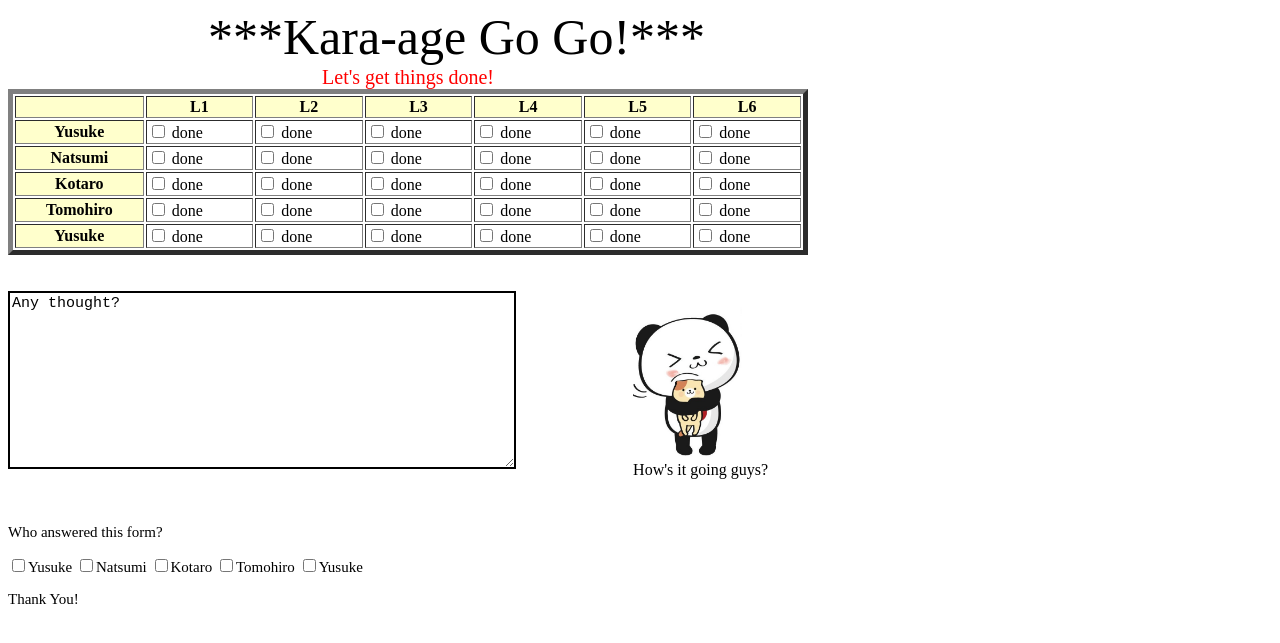
Repository: natsumi-hironaka/micropostsnatsu
Page: tutorials/practice1.html
The author's editor kept a record of every edit. The page is drawn from the files as they stood at one moment, then again after the next edit.
The browser window is 1280 px wide. The pictures show the whole page.

Above is the page before.

### tutorials/practice1.html
<!DOCTYPE html>
<html lang="ja">
    <header>
        ***Kara-age Go Go!***
    </header>
    <body>
    <table border="5">
        <caption>
            Let's get things done!
        </caption>
        <link rel="stylesheet" href="practice.css">
        <tr>
            <th>&nbsp</th>
            <th>L1</th>
            <th>L2</th>
            <th>L3</th>
            <th>L4</th>
            <th>L5</th>
            <th>L6</th>
        </tr>
        <tr>
            <th>Yusuke</th>
            <td><input type="checkbox" value"done"> done </td>
            <td><input type="checkbox" value"done"> done </td>
            <td><input type="checkbox" value"done"> done </td>
            <td><input type="checkbox" value"done"> done </td>
            <td><input type="checkbox" value"done"> done </td>
            <td><input type="checkbox" value"done"> done </td>
        </tr>
        <tr>
            <th>Natsumi</th>
            <td><input type="checkbox" value"done"> done </td>
            <td><input type="checkbox" value"done"> done </td>
            <td><input type="checkbox" value"done"> done </td>
            <td><input type="checkbox" value"done"> done </td>
            <td><input type="checkbox" value"done"> done </td>
            <td><input type="checkbox" value"done"> done </td>

        </tr>
        <tr>
            <th>Kotaro</th>
            <td><input type="checkbox" value"done"> done </td>
            <td><input type="checkbox" value"done"> done </td>
            <td><input type="checkbox" value"done"> done </td>
            <td><input type="checkbox" value"done"> done </td>
            <td><input type="checkbox" value"done"> done </td>
            <td><input type="checkbox" value"done"> done </td>
        </tr>
        <tr>
            <th>Tomohiro</th>
            <td><input type="checkbox" value"done"> done </td>
            <td><input type="checkbox" value"done"> done </td>
            <td><input type="checkbox" value"done"> done </td>
            <td><input type="checkbox" value"done"> done </td>
            <td><input type="checkbox" value"done"> done </td>
            <td><input type="checkbox" value"done"> done </td>
        </tr>
        <tr>
            <th>Yusuke</th>
            <td><input type="checkbox" value"done"> done </td>
            <td><input type="checkbox" value"done"> done </td>
            <td><input type="checkbox" value"done"> done </td>
            <td><input type="checkbox" value"done"> done </td>
            <td><input type="checkbox" value"done"> done </td>
            <td><input type="checkbox" value"done"> done </td>
        </tr>
    </table>
        <br>
        <br>
    <textarea rows="10" cols="60"　border-style:double;>Any thought?</textarea>
    <figure>
        <img src="rakuten karaage.jpg" width=110px height=150px>
        <figcaption>How's it going guys?</figcaption>
    </figure>
        <br>
        <br>
        <br>
    <p>
        Who answered this form?
    </p>
    <p>
        <input type="checkbox">Yusuke
        <input type="checkbox">Natsumi
        <input type="checkbox">Kotaro
        <input type="checkbox">Tomohiro
        <input type="checkbox">Yusuke
    </p>
    <p>
        Thank You!
    </p>
    </body>

### tutorials/practice.css
@charset "UTF-8";


caption {
    color: red;
    font-size: 20px;
}

th {
    background-color: #ffffcc;
}

textarea {
    border: 2px black double;
}

figure {
    float: right;
}

textarea {
    font-size: 15px;
}

p {
    font-size: 15px;
}

body {
    width: 800px;
}

table {
    width: 800px;
}

textarea {
    width: 500px;
}

header {
    font-size: 50px;
    width:500px;
    margin-right: auto;
    margin-left : 200px;
}

After the next edit:
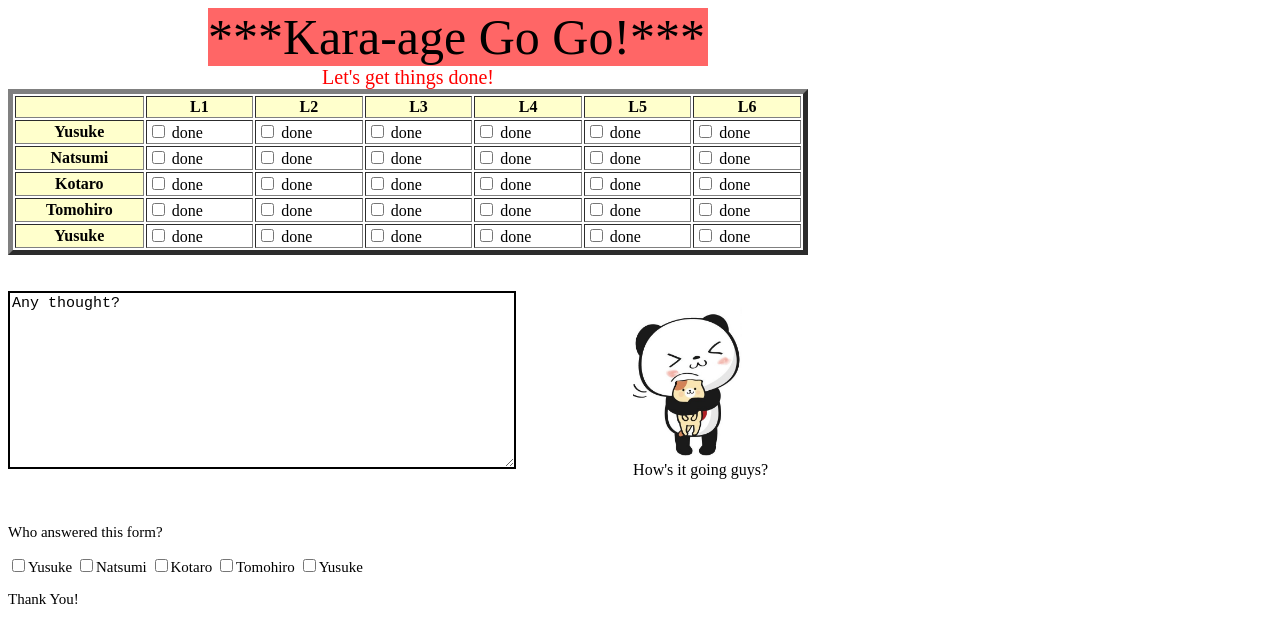
The edit:
--- a/tutorials/practice.css
+++ b/tutorials/practice.css
@@ -39,6 +39,7 @@
 }
 
 header {
+    background-color: #ff6666;
     font-size: 50px;
     width:500px;
     margin-right: auto;
